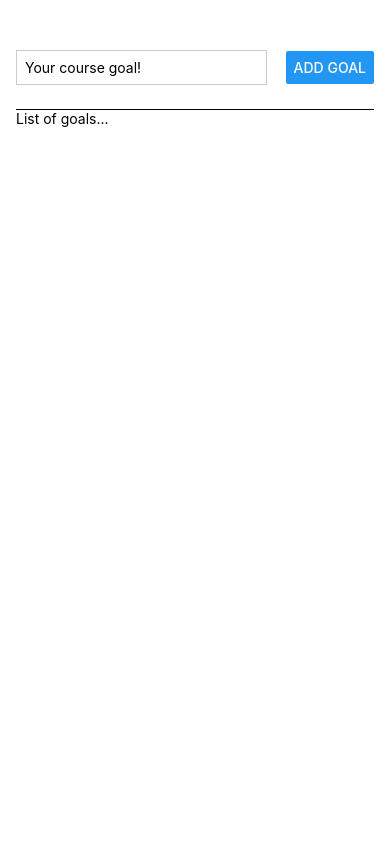
Repository: akinolapo/ToDoApp
Screen: /
An editor plug-in stored every save of this project. The screen is shown before and after a run of saves, followed by the edit.
The app was drawn by React Native's web renderer in a window 390 px wide. The project was rebuilt for these pictures with package versions that can differ from the ones it lists, and the page was loaded fresh each time.

Above is the screen before, as saved 2022-09-15 13:50:14.

### App.js
import { StyleSheet, Text, View, Button, TextInput } from 'react-native';

export default function App() {
  return (
    <View style={styles.appContainer}>
      <View style={styles.inputContainer}>
        <TextInput style={styles.textInput} placeholder='Your course goal!'/>
        <Button title='Add Goal'/>
      </View>
      <View>
        <Text>List of goals...</Text>
      </View>
    </View>
  );
}

const styles = StyleSheet.create({
  appContainer: {
    paddingTop: 50,
    paddingHorizontal: 16,
  },
  inputContainer: {
    flexDirection: 'row',
    justifyContent: 'space-between',
    alignItems: 'center',
    paddingBottom: 24,
    borderBottomWidth: 1
  },
  textInput: {
    borderWidth: 1,
    borderColor: '#cccccc',
    width: '70%',
    marginRight: 8,
    padding: 8
  }
});

After the next 4 saves:
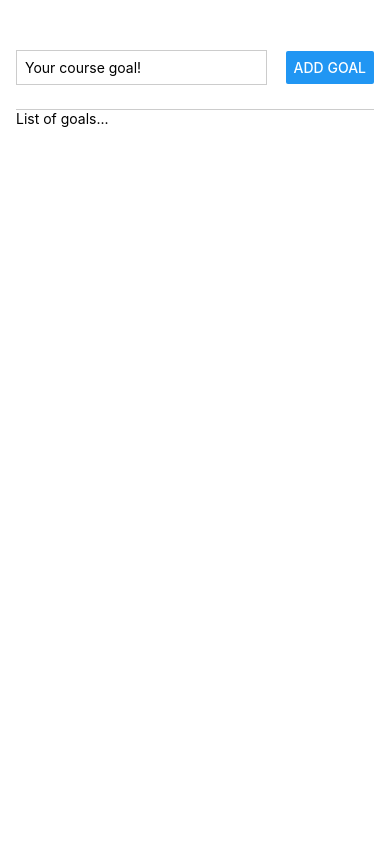
The 4 saves are shown as one change because 2 did not build or start and some came seconds apart.
The last was saved 16 s later.
--- a/App.js
+++ b/App.js
@@ -24,7 +24,8 @@ const styles = StyleSheet.create({
     justifyContent: 'space-between',
     alignItems: 'center',
     paddingBottom: 24,
-    borderBottomWidth: 1
+    borderBottomWidth: 1,
+    borderBottomColor: '#cccccc'
   },
   textInput: {
     borderWidth: 1,
